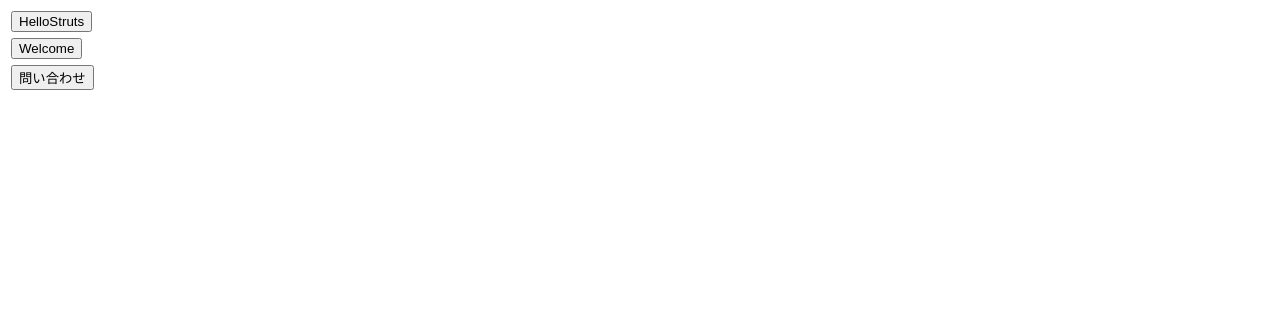
Repository: Kazuho-Komagamine/test
Page: http://localhost/WebProj3/
The author's editor kept a copy of each file at every save. The page is drawn from the files as they stood at one save, then again after the next save.
The browser window is 1280 px wide. The pictures show the whole page.
The page is served by Tomcat 9. Other server files are loaded and not shown.

Above is the page before, as saved 2018-06-27 06:39:12.

### WebProj3/WebContent/index.jsp
<%@ page language="java" contentType="text/html; charset=UTF-8"
    pageEncoding="UTF-8"%>
<%@ taglib prefix="s" uri="/struts-tags" %>
<!DOCTYPE html>
<html>
<head>
<meta charset="UTF-8">
<title>INDEX</title>
</head>
<body>
    <s:form action="HelloStrutsAction">
        <s:submit value="HelloStruts"/>
    </s:form>

    <s:form action="WelcomeAction">
        <s:submit value="Welcome"/>
    </s:form>

    <s:form action="InquiryAction">
        <s:submit value="問い合わせ"/>
    </s:form>
</body>
</html>

After the next save:
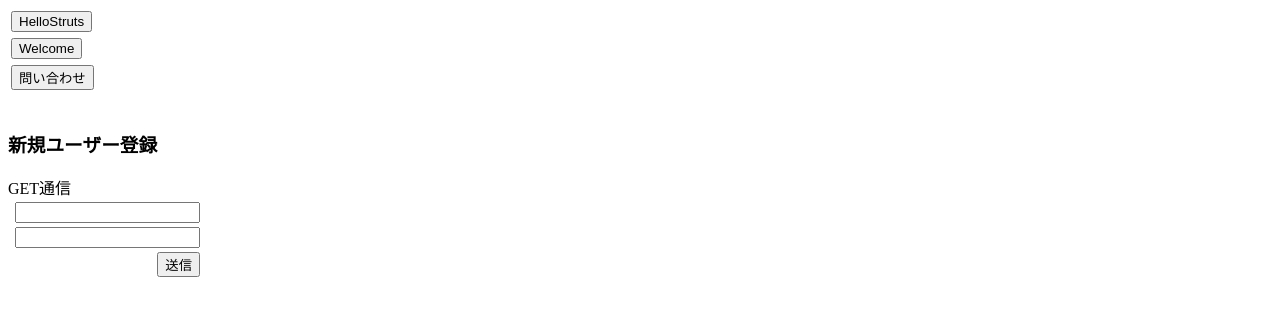
Saved 4 min 51 s later.
--- a/WebProj3/WebContent/index.jsp
+++ b/WebProj3/WebContent/index.jsp
@@ -19,5 +19,16 @@
     <s:form action="InquiryAction">
         <s:submit value="問い合わせ"/>
     </s:form>
+
+    <br>
+
+    <h3>新規ユーザー登録</h3>
+    GET通信
+    <s:form method="get" action="TestAction">
+        <s:textfield name="username"/>
+        <s:password name="password"/>
+        <s:submit value="送信"/>
+    </s:form>
+
 </body>
 </html>
